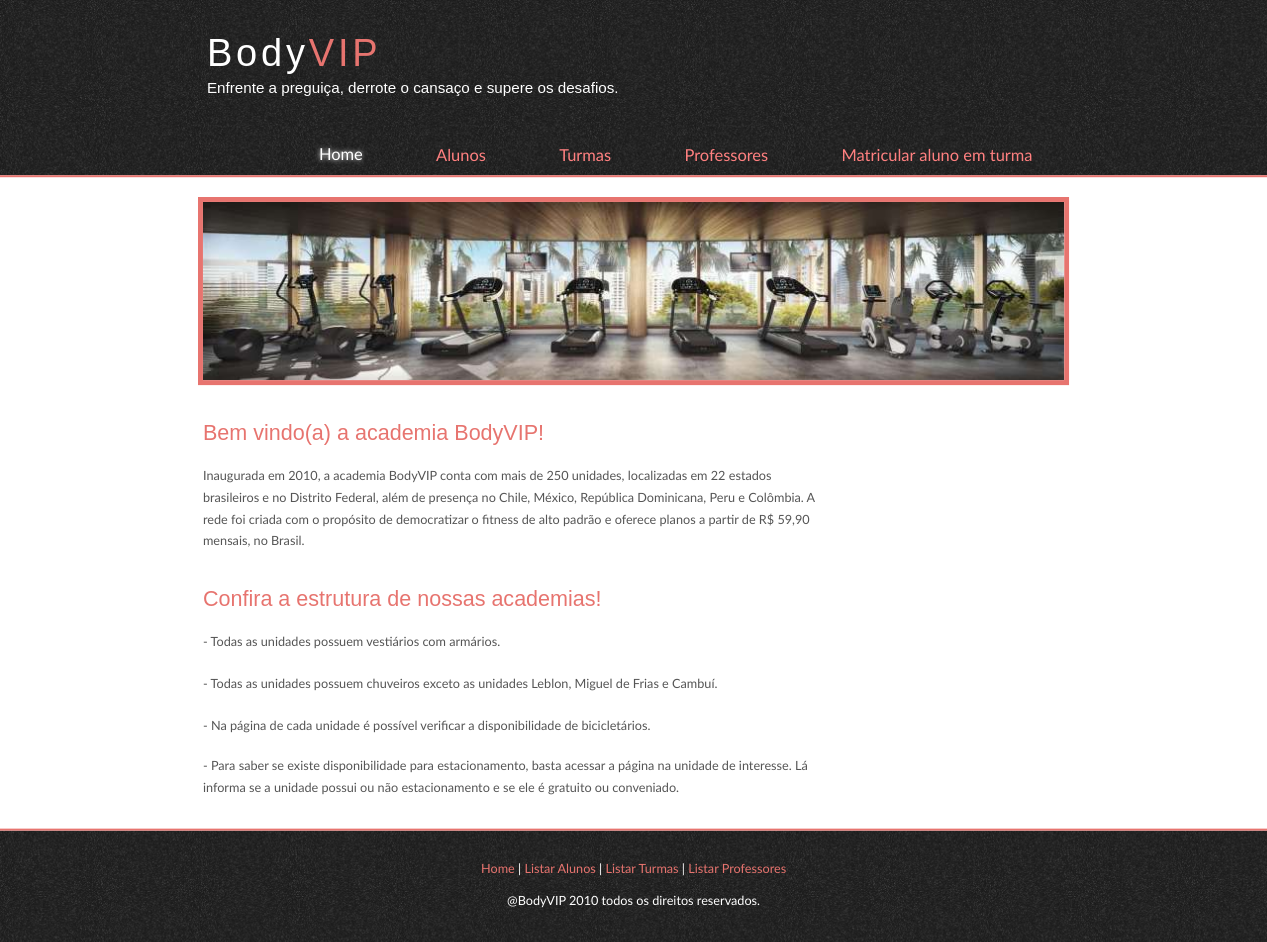
Repository: Thais-Ferreira/Projeto_bodyVIP
Page: http://localhost/BodyVIP/home.jsp
The author's editor kept a copy of each file at every save. The page is drawn from the files as they stood at one save, then again after the next save.
The browser window is 1280 px wide. The pictures show the whole page, at 99% of full size.
The page is served by Tomcat 9. Other server files are loaded and not shown.

Above is the page before, as saved 2017-06-22 01:21:11.

### BodyVIP/WebContent/home.jsp
<%@ page language="java" contentType="text/html; charset=ISO-8859-1"
    pageEncoding="ISO-8859-1"%>
<!DOCTYPE html PUBLIC "-//W3C//DTD HTML 4.01 Transitional//EN" "http://www.w3.org/TR/html4/loose.dtd">
<html>
<head>
	<meta http-equiv="Content-Type" content="text/html; charset=ISO-8859-1">
	<link rel="stylesheet" type="text/css" href="css/style.css" />
	<title>Home</title>
</head>
<body>
	<div id="main">
    <div id="header">
      <div id="logo">
        <div id="logo_text">
          <h1><a href="home.jsp">Body<span class="logo_colour">VIP</span></a></h1>
          <h2>Enfrente a preguiça, derrote o cansaço e supere os desafios.</h2>
        </div>
      </div>
      <div id="menubar">
        <ul class="menu">
          <li class="selected"><a href="home.jsp">Home</a></li>
          <li><a href="#">Alunos</a>
          	<ul>
          		<li><a href="AlunoController?acao=cadastro">Cadastrar</a>
          		<li><a href="AlunoController?acao=buscaLista">Listar</a></li>
          	</ul>
          </li>
          <li><a href="#">Turmas</a>
          	<ul>
          		<li><a href="TurmaController?acao=cadastro">Cadastrar</a></li>
          		<li><a href="TurmaController?acao=buscaLista">Listar</a></li>
          	</ul>
          </li>
          <li><a href="#">Professores</a>
          	<ul>
          		<li><a href="ProfessorController?acao=cadastro">Cadastrar</a></li>
          		<li><a href="ProfessorController?acao=buscaLista">Listar</a></li>
          	</ul>
          </li>
          <li><a href="#">Matricular aluno em turma</a>
          	<ul>
          		<li><a href="AlunoTurmaController?acao=cadastro">Matricular</a></li>
          		<li><a href="AlunoTurmaController?acao=buscaLista">Listar</a></li>
          	</ul>
        </ul>
      </div>
    </div>
    <div id="content_header"></div>
    <div id="site_content">
      <div id="banner"></div>

      <div id="content">
        <h1>Bem vindo(a) a academia BodyVIP!</h1>
        <p>Inaugurada em 2010, a academia BodyVIP conta com mais de 250 unidades, localizadas em 22 estados brasileiros
        e no Distrito Federal, além de presença no Chile, México, República Dominicana, Peru e Colômbia.
        A rede foi criada com o propósito de democratizar o fitness de alto padrão e oferece planos
        a partir de R$ 59,90 mensais, no Brasil.
		</p>
        <h1>Confira a estrutura de nossas academias!</h1>
        <p>- Todas as unidades possuem vestiários com armários.</p>
        <p>- Todas as unidades possuem chuveiros exceto as unidades Leblon, Miguel de Frias e Cambuí.</p>
        <p>- Na página de cada unidade é possível verificar a disponibilidade de bicicletários. </p>
        <p>- Para saber se existe disponibilidade para estacionamento, basta acessar a página na unidade de
        interesse. Lá informa se a unidade possui ou não estacionamento e se ele é gratuito ou conveniado. </p>
      </div>
    </div>
    <div id="content_footer"></div>
    <div id="footer">
      <p><a href="home.jsp">Home</a> | <a href="AlunoController?acao=buscaLista">Listar Alunos</a> | <a href="TurmaController?acao=buscaLista">Listar Turmas</a> | <a href="ProfessorController?acao=buscaLista">Listar Professores</a></p>
      <p>@BodyVIP 2010 todos os direitos reservados.</p>
    </div>
  </div>
</body>
</html>

### BodyVIP/WebContent/css/style.css
@CHARSET "ISO-8859-1";

html
{ height: 100%;}

*
{ margin: 0;
  padding: 0;}

body
{ font: normal .80em 'trebuchet ms', arial, sans-serif;
  background: #FFF;
  color: #555;}

p
{ padding: 0 0 20px 0;
  line-height: 1.7em;}

img
{ border: 0;}

h1, h2, h3, h4, h5, h6
{ color: #E7746F;
  letter-spacing: 0em;
  padding: 0 0 5px 0;}

h1, h2, h3
{ font: normal 170% 'century gothic', arial;
  margin: 0 0 15px 0;
  padding: 15px 0 5px 0;}

h2
{ font-size: 160%;
  padding: 9px 0 5px 0;}

h3
{ font-size: 140%;
  padding: 5px 0 0 0;}

h4, h6
{ color: #009FBC;
  padding: 0 0 5px 0;
  font: normal 110% arial;
  text-transform: uppercase;}

h5, h6
{ color: #888;
  font: normal 95% arial;
  letter-spacing: normal;
  padding: 0 0 15px 0;}

a, a:hover
{ outline: none;
  text-decoration: underline;
  color: #009FBC;}

a:hover
{ text-decoration: none;}

blockquote
{ margin: 20px 0;
  padding: 10px 20px 0 20px;
  border: 1px solid #E5E5DB;
  background: #FFF;}

ul
{ margin: 2px 0 22px 17px;}

ul li
{ list-style-type: circle;
  margin: 0 0 6px 0;
  padding: 0 0 4px 5px;
  line-height: 1.5em;}

ol
{ margin: 8px 0 22px 20px;}

ol li
{ margin: 0 0 11px 0;}

.left
{ float: left;
  width: auto;
  margin-right: 10px;}

.right
{ float: right;
  width: auto;
  margin-left: 10px;}

.center
{ display: block;
  text-align: center;
  margin: 20px auto;}

#main, #logo, #menubar, #site_content, #footer
{ margin-left: auto;
  margin-right: auto;}

#header
{ background: #1d1d1d url(../imagens/pattern.png) repeat;
  border-bottom: 2px solid #E7746F;
  height: 177px;}

#banner
{ background: transparent url(../imagens/banner.jpg) no-repeat;
  width: 870px;
  height: 180px;
  margin-bottom: 20px;
  border: 5px solid #E7746F;}

#logo
{ width: 880px;
  position: relative;
  height: 140px;
  background: transparent;}

#logo #logo_text
{ position: absolute;
  top: 10px;
  left: 0;}

#logo h1, #logo h2
{ font: normal 300% 'century gothic', arial, sans-serif;
  border-bottom: 0;
  text-transform: none;
  margin: 0 0 0 9px;}

#logo_text h1, #logo_text h1 a, #logo_text h1 a:hover
{ padding: 22px 0 0 0;
  color: #FFF;
  letter-spacing: 0.1em;
  text-decoration: none;}

#logo_text h1 a .logo_colour
{ color: #E7746F;}

#logo_text a:hover .logo_colour
{ color: #FFF;}

#logo_text h2
{ font-size: 120%;
  padding: 4px 0 0 0;
  color: #FFF;}

#menubar
{ width: 880px;
  height: 46px; }

ul#menu
{ list-style:none;
  float: right;
  margin: 0;}

ul#menu li
{ float: left;
  padding: 0 0 0 9px;
  position: absolute;
  list-style: none;
  margin: 1px 2px 0 0;
  background: transparent;
  display: none; }

ul#menu li a
{ font: normal 100% 'trebuchet ms', sans-serif;
  display: block;
  float: left;
  height: 20px;
  padding: 6px 35px 5px 28px;
  text-align: center;
  color: #FFF;
  text-decoration: none;
  background: transparent;}

ul#menu li.selected a
{ height: 20px;
  padding: 6px 35px 5px 28px;}

ul#menu li.selected
{ margin: 1px 2px 0 0;
  background: #E7746F;}

ul#menu li.selected a, ul#menu li.selected a:hover
{ background: #E7746F;
  color: #FFF;}

ul#menu li a:hover
{ color: #FFF;
  display: block;
  background: #E7746F;}

#site_content
{ width: 880px;
  overflow: hidden;
  margin: 20px auto 0 auto;
  padding: 0 0 10px 0;}

#sidebar_container
{ float: right;
  width: 224px;}

.sidebar_top
{ width: 222px;
  height: 14px;
  background: transparent url(../imagens/side_top.png) no-repeat;}

.sidebar_base
{ width: 222px;
  height: 14px;
  background: url(../imagens/side_base.png) no-repeat;}

.sidebar
{ float: right;
  width: 222px;
  padding: 0;
  margin: 0 0 16px 0;}

.sidebar_item
{ background: url(../imagens/side_back.png) repeat-y;
  padding: 0 15px;
  width: 192px;}

.sidebar li a.selected
{ color: #444;}

.sidebar ul
{ margin: 0;}

#content
{ text-align: left;
  width: 620px;
  padding: 0 0 0 5px;
  float: left;}

#content ul
{ margin: 2px 0 22px 0px;}

#content ul li, .sidebar ul li
{ list-style-type: none;
  background: url(../imagens/bullet.png) no-repeat;
  margin: 0 0 0 0;
  padding: 0 0 4px 25px;
  line-height: 1.5em;}

#footer
{ width: 100%;
  font-family: 'trebuchet ms', sans-serif;
  font-size: 100%;
  height: 80px;
  padding: 28px 0 5px 0;
  text-align: center;
  background: transparent url(../imagens/pattern.png) repeat;
  border-top: 2px solid #E7746F;
  color: #FFF;}

#footer p
{ line-height: 1.7em;
  padding: 0 0 10px 0;}

#footer a
{ color: #E7746F;
  text-decoration: none;}

#footer a:hover
{ color: #FFF;
  text-decoration: none;}

.search
{ color: #5D5D5D;
  border: 1px solid #BBB;
  width: 134px;
  padding: 4px;
  font: 100% arial, sans-serif;}

.form_settings
{ margin: 15px 0 0 0;}

.form_settings p
{ padding: 0 0 4px 0;}

.form_settings span
{ float: left;
  width: 200px;
  text-align: left;}

.form_settings input, .form_settings textarea
{ padding: 5px;
  width: 299px;
  font: 100% arial;
  border: 1px solid #E5E5DB;
  background: #FFF;
  color: #47433F;}

.form_settings .submit
{ font: 100% arial;
  border: 0;
  width: 99px;
  margin: 0 0 0 212px;
  height: 33px;
  padding: 2px 0 3px 0;
  cursor: pointer;
  background: #E7746F;
  color: #FFF;}

.form_settings textarea, .form_settings select
{ font: 100% arial;
  width: 299px;}

.form_settings select
{ width: 310px;}

.form_settings .checkbox
{ margin: 4px 0;
  padding: 0;
  width: 14px;
  border: 0;
  background: none;}

.separator
{ width: 100%;
  height: 0;
  border-top: 1px solid #D9D5CF;
  border-bottom: 1px solid #FFF;
  margin: 0 0 20px 0;}

table
{ margin: 0 0 30px 0;}

table tr th, table tr td
{ background: #E5E5DB;
  color: #47433F;
  padding: 7px 4px;
  text-align: center;}

table tr td
{ background: #E5E5DB;
  color: #47433F;
  border-top: 1px solid #FFF;}

.menu{
	list-style:none;
	float: right;
	margin: 0;
}

.menu li{
	position:relative;
	padding: 0 0 0 9px;
	float:left;
	list-style: none;
	margin: 1px 2px 0 0;

}

.menu li a{
	font: normal 130% 'trebuchet ms', sans-serif;
	display:block;
	float: left;
  	height: 20px;
  	padding: 6px 35px 5px 28px;
  	text-align: center;
	color: #ff8080;
	text-decoration:none;
	background: transparent;

}

.menu li a:hover{

	color:#fff;
	-moz-box-shadow:0 3px 10px 0 #CCC;

	text-shadow:0px 0px 5px #fff;
}

.menu li  ul{
	position:absolute;
	top:25px;
	left:0;
	background-color:#333;
	display:none;
}

.menu li:hover ul, .menu li.over ul{display:block;}

.menu li ul li{
	border:1px solid #c0c0c0;
	display:block;
	width:150px;
}

.menu li.selected a
{ height: 20px;
  padding: 6px 35px 5px 28px;
  color: #FFF; }

.menu li.selected
{ margin: 0px 2px 0 0;
  text-shadow:0px 0px 5px #fff;}

After the next save:
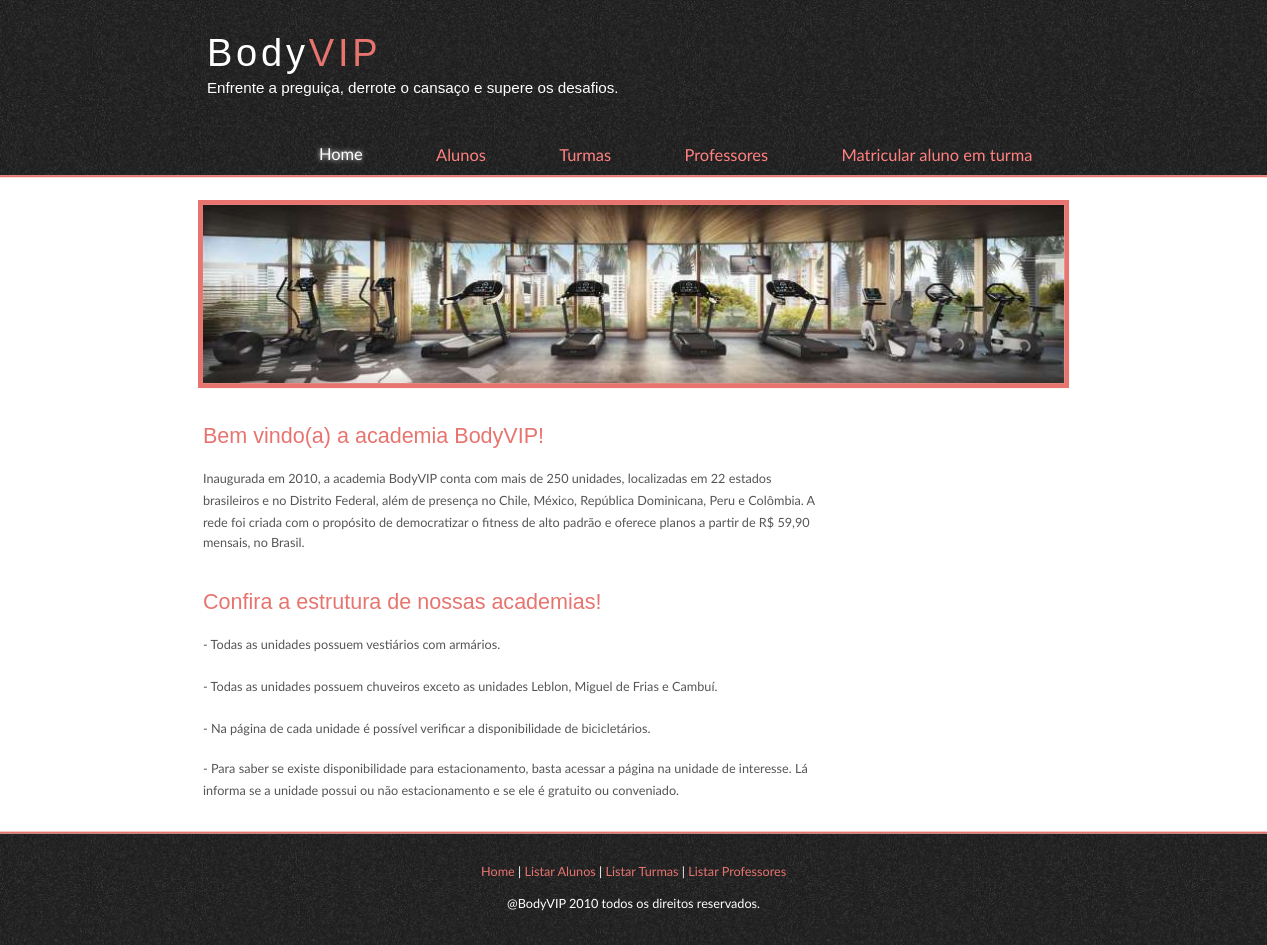
Saved 111 s later.
--- a/BodyVIP/WebContent/css/style.css
+++ b/BodyVIP/WebContent/css/style.css
@@ -356,7 +356,7 @@
 	font: normal 130% 'trebuchet ms', sans-serif;
 	display:block;
 	float: left;
-  	height: 20px;
+  	height: 50px;
   	padding: 6px 35px 5px 28px;
   	text-align: center;
 	color: #ff8080;

After the 2 saves that followed:
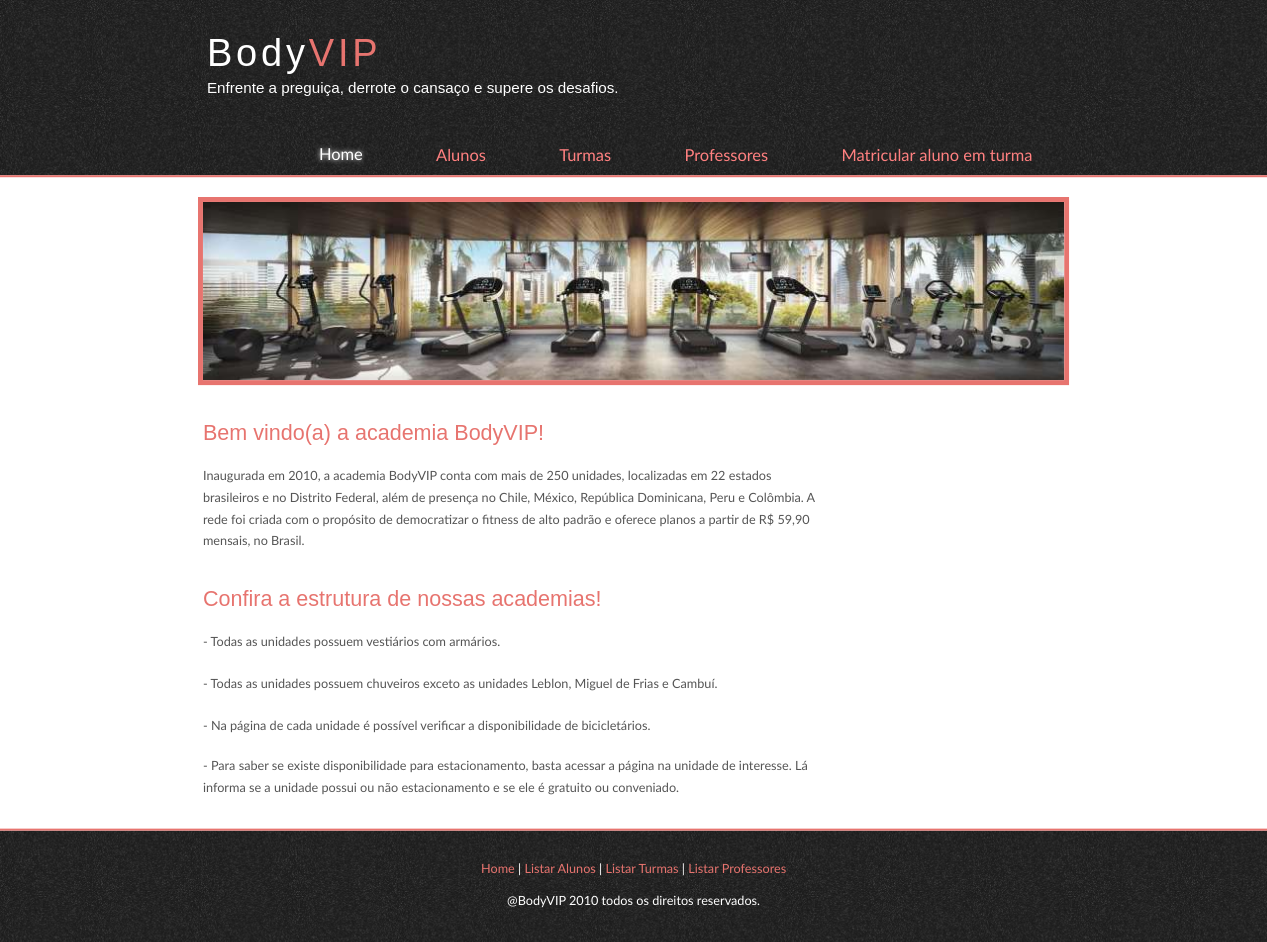
The 2 saves are shown as one change because 1 left the picture as it was.
The last was saved 87 s later.
--- a/BodyVIP/WebContent/home.jsp
+++ b/BodyVIP/WebContent/home.jsp
@@ -23,6 +23,7 @@
           	<ul>
           		<li><a href="AlunoController?acao=cadastro">Cadastrar</a>
           		<li><a href="AlunoController?acao=buscaLista">Listar</a></li>
+          		<li><a href="AlunoController?acao=buscaLista">Matricular Turma</a></li>
           	</ul>
           </li>
           <li><a href="#">Turmas</a>
--- a/BodyVIP/WebContent/css/style.css
+++ b/BodyVIP/WebContent/css/style.css
@@ -356,7 +356,7 @@
 	font: normal 130% 'trebuchet ms', sans-serif;
 	display:block;
 	float: left;
-  	height: 50px;
+  	height: 20px;
   	padding: 6px 35px 5px 28px;
   	text-align: center;
 	color: #ff8080;
